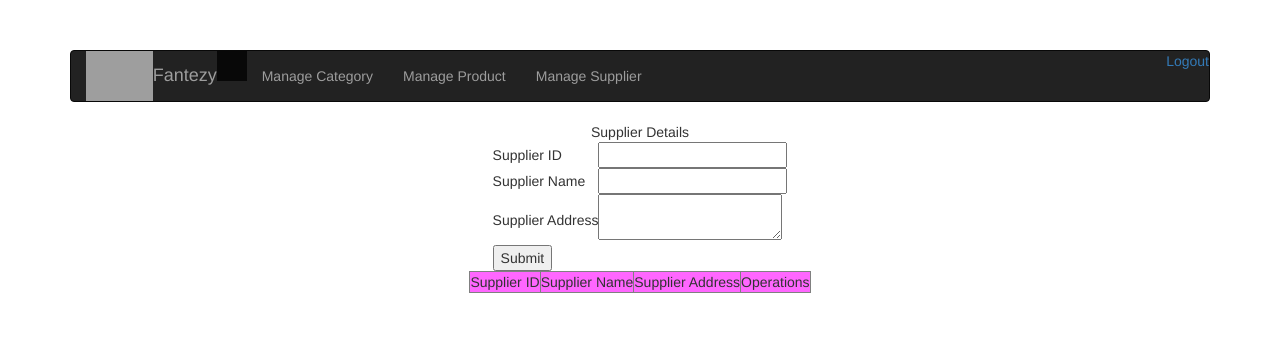
Repository: Safna93/java-programs
Page: http://localhost/FantezyFrontendProject/WEB-INF/views/Supplier.jsp
These files come from the project's save history. The page is drawn as it stood at one moment and after the next save; the edit follows.
The browser window is 1280 px wide. The pictures show the whole page.
Pictures or frames that could not be fetched are drawn as grey boxes. Some web libraries are served in a nearby version. The page is served by Tomcat 9. Nobody is signed in. Other server files are loaded and not shown. The template is opened directly, without the code that normally fills it, so the values that code supplies are empty.

Above is the page before, as saved 2017-07-11 09:57:06.

### Fantezy Project/Fantezy/FantezyFrontendProject/src/main/webapp/WEB-INF/views/Supplier.jsp
<%@ page language="java" contentType="text/html"%>
<%@ taglib uri="http://java.sun.com/jsp/jstl/core" prefix="c"%>
<%@taglib prefix="form" uri="http://www.springframework.org/tags/form"%>

<%@include file="AdminHeader.jsp"%>


<form:form action="InsertSupplier" modelAttribute="supplier">
<table align="center">
			<tr>
				<td colspan="2"><center>Supplier Details</center></td>
			</tr>
			<tr>
				<td>Supplier ID</td>
				<td><form:input path="suppid" /></td>
			</tr>
			<tr>
				<td>Supplier Name</td>
				<td><form:input path="suppname" /></td>
			</tr>


				<td>Supplier Address</td>
				<td><form:textarea path="suppaddress" /></td>
			</tr>

			<tr>
			<td colspan="2"><input type="submit" /></td>
			</tr>
</table>
</form:form>

<!-- Displaying the Supplier data using Table -->
<table cellspacing="2" align="center" border="1">

	<tr bgcolor="#ff66ff">
		<td>Supplier ID</td>
		<td>Supplier Name</td>
		<td>Supplier Address</td>
		<td>Operations</td>

	</tr>
	<c:forEach items="${supplist}" var="supplier">
		<tr bgcolor="#00ff99">
			<td>${supplier.suppid}</td>
			<td>${supplier.suppname}</td>
			<td>${supplier.suppaddress}</td>
			<td><a href="<c:url value="deleteSupplier/${supplier.suppid}"/>">Delete</a>
				<a href="<c:url value="updateSupplier/${supplier.suppid}"/>">Update</a>
			</td>
		</tr>
	</c:forEach>
</table>
<!-- Completed Displaying Table -->

</body>
</html>

### Fantezy Project/Fantezy/FantezyFrontendProject/src/main/webapp/WEB-INF/views/AdminHeader.jsp
<!DOCTYPE html>
<html lang="en">
<head>
<title>Fatntezy-The Girlz Corner</title>
<meta charset="utf-8">
<meta name="viewport" content="width=device-width, initial-scale=1">
<%@ taglib uri="http://java.sun.com/jsp/jstl/core" prefix="c"%>
<link rel="stylesheet"
	href="https://maxcdn.bootstrapcdn.com/bootstrap/3.3.7/css/bootstrap.min.css">
<link href="<c:url value="/resources/css/Head.css" />" rel="stylesheet">
<script
	src="https://ajax.googleapis.com/ajax/libs/jquery/3.2.1/jquery.min.js"></script>
<script
	src="https://maxcdn.bootstrapcdn.com/bootstrap/3.3.7/js/bootstrap.min.js"></script>
</head>
<body>




	<div class="header">
		<div class="container">
			<header style="height: 50px;"></header>
			<!------------- Navbar -------------->
			<nav class="my-nav navbar navbar-inverse bs-dark">
				<div class="navbar-header"></div>












				<div class="collapse navbar-collapse"
					id="bs-example-navbar-collapse-1">
					<ul class="nav navbar-nav">
						<a class="navbar-brand" href="#" style="padding: 0px;"> <img
							src="mylogo.png" style="height: 100%; display: inline-block;"><span>Fantezy</span>
						</a>


						<li class="active"><a href="ioo"><span class="sr-only">HOME</span></a></li>

						<li><a href="Category">Manage Category</a></li>
						<li><a href="Product">Manage Product</a></li>
						<li><a href="Supplier">Manage Supplier</li>

					</ul>
					<ul>
						<div class="nav navbar-nav navbar-right">
<a href="#">${sessionScope.username}</a>
							<a href="logout">Logout</a> </a>
						</div>
					</ul>
				</div>







				</li>
				</ul>
		</div>
		</nav>
	</div>

	<!----------- !Navbar End ------------>


	</div>

### Fantezy Project/Fantezy/FantezyFrontendProject/src/main/webapp/resources/css/Head.css


.bs-dark.navbar-inverse {
  background-color: #222;
  border-color: #080808;
}
.bs-dark .navbar-img {padding:5px 6px !important;}
.bs-dark .navbar-img img {width:40px;}
.bs-dark .dropdown-menu {
  min-width: 200px;
  padding: 5px 0;
  margin: 2px 0 0;
  background-color: #000;
  border: 1px solid rgba(0, 0, 0, 0.7);
  border: 1px solid rgba(0, 0, 0, .15);
  -webkit-box-shadow: 0 6px 12px rgba(0, 0, 0, .175);
          box-shadow: 0 6px 12px rgba(0, 0, 0, .175);
}

.bs-dark .dropdown-menu .divider {
  border: 1px solid rgba(0, 0, 0, 0.8);
}
.bs-dark .dropdown-menu > li > a {
  padding: 6px 20px;
  color: rgba(255,255,255,0.80);
}
.bs-dark .dropdown-menu > li > a:hover,
.bs-dark .dropdown-menu > li > a:focus {
  color: rgba(255,255,255,0.70);
  text-decoration: none;
  background-color: transparent;
}
.bs-dark .dropdown-menu > .active > a,
.bs-dark .dropdown-menu > .active > a:hover,
.bs-dark .dropdown-menu > .active > a:focus {
  color: rgba(255,255,255,0.70);
  text-decoration: none;
  background-color: transparent;
  outline: 0;
}

.bs-dark .navbar-form {
  margin:0;
  margin-top: 5px;
  padding:8px 0px;
}

.bs-dark .navbar-form .search-box {
  border:0px;
  height:35px;
  outline: none;
  width:320px;
  padding-right: 3px;
  padding-left: 15px;
  margin:4px;
  -webkit-border-radius: 22px;
  -moz-border-radius: 22px;
  border-radius: 22px;
}

.bs-dark .navbar-form button {
  border: 0;
  background: none;
  padding: 2px 5px;
  margin-top: 2px;
  position: relative;
  left: -34px;
  margin-bottom: 0;
  -webkit-border-radius: 3px;
  -moz-border-radius: 3px;
  border-radius: 3px;
}

.bs-dark .search-box:focus + button {
  z-index: 3;
}

@media (min-width: 768px) {
    .bs-dark .dropdown:hover {background-color: #000;}
	.bs-dark .dropdown:hover .dropdown-menu {
	  display: block;
	}
	.bs-dark .navbar-form {
	  padding:0px;
	}
	.bs-dark .navbar-form .search-box {
	  width:260px;
	  height:32px;
	}

}

After the next save:
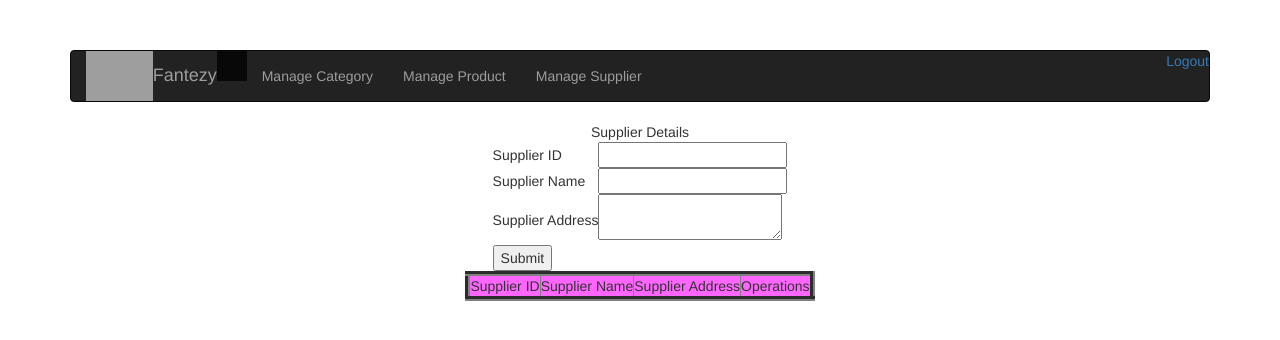
Saved 12 s later.
--- a/Fantezy Project/Fantezy/FantezyFrontendProject/src/main/webapp/WEB-INF/views/Supplier.jsp
+++ b/Fantezy Project/Fantezy/FantezyFrontendProject/src/main/webapp/WEB-INF/views/Supplier.jsp
@@ -31,7 +31,7 @@
 </form:form>
 
 <!-- Displaying the Supplier data using Table -->
-<table cellspacing="2" align="center" border="1">
+<table cellspacing="2" align="center" border="5">
 
 	<tr bgcolor="#ff66ff">
 		<td>Supplier ID</td>
